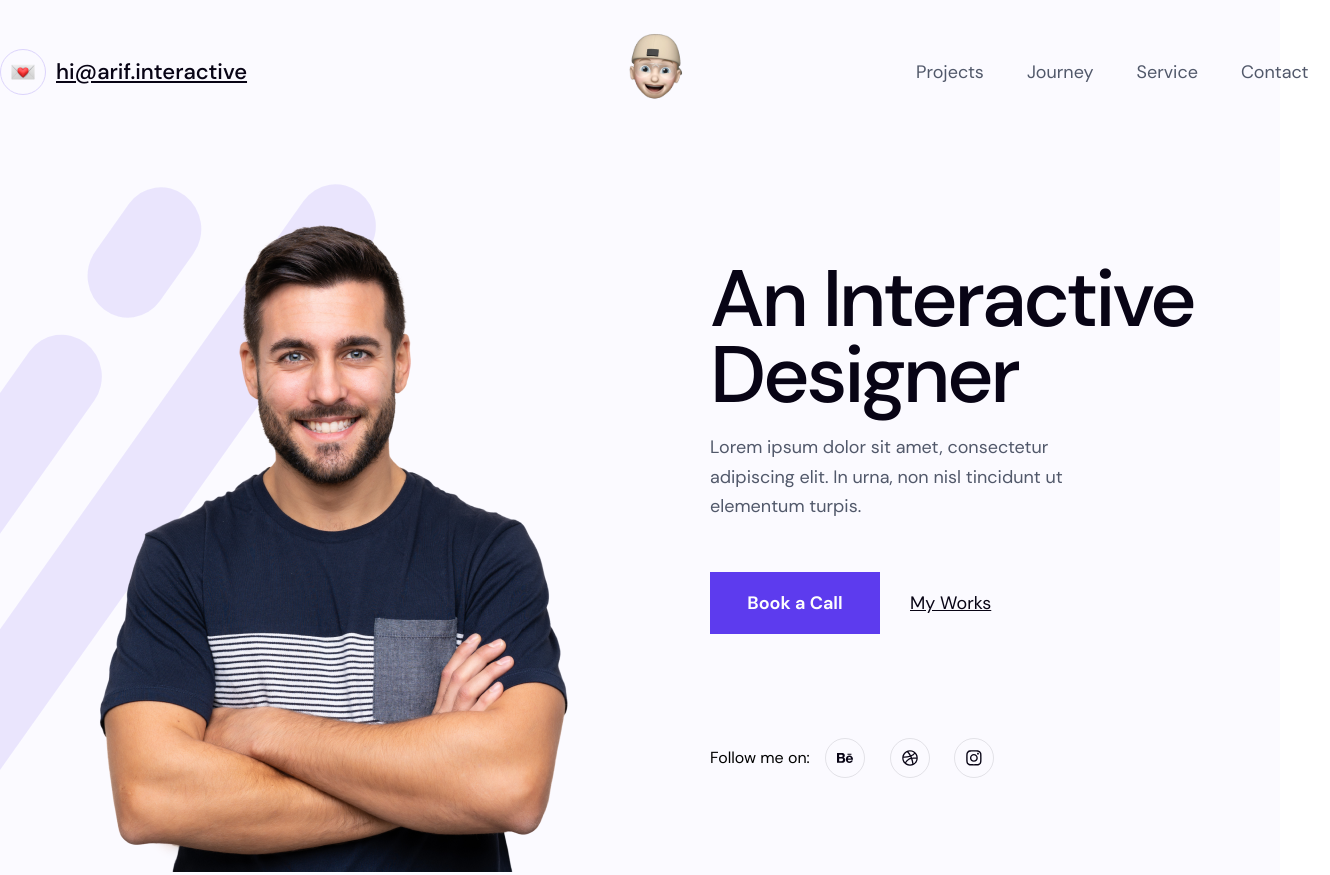
Repository: trantangtuan/project-06-grid-system12column-demo
Page: index.html
The author's editor kept a copy of each file at every save. The page is drawn from the files as they stood at one save, then again after the next save.
The browser window is 1280 px wide. The page is 1330 px wide, so the pictures cover 1330 px, including what lies to the right of the window. The pictures show the whole page.

Above is the page before, as saved 2024-07-13 21:04:47.

### index.html
<!DOCTYPE html>
<html lang="en">
  <head>
    <meta charset="UTF-8" />
    <meta name="viewport" content="width=device-width, initial-scale=1.0" />
    <title>Project - 06 - use grid systerm 12 column</title>
    <!-- reset css -->
    <link rel="stylesheet" href="./assets/css/reset.css" />
    <!-- grid css -->
    <link rel="stylesheet" href="./assets/css/grid.css" />
    <!-- style css -->
    <link rel="stylesheet" href="./assets/css/style.css" />
    <!-- responsive css -->
    <link rel="stylesheet" href="./assets/css/responsive.css" />
    <!-- font DM sans -->
    <link rel="stylesheet" href="./assets/Font/stylesheet.css" />
  </head>
  <body>
    <!-- header -->
    <header class="header">
      <div class="nav">
        <div class="nav__mail">
          <div class="nav__mail-icon">
            <img
              class="nav__mail-img"
              src="./assets/img/mail-icon.png"
              alt="mail icon"
            />
          </div>
          <a
            href="mailto:nguyenvancuong0345723186@gmail.com"
            class="nav__mail-desc"
          >
            hi@arif.interactive
          </a>
        </div>
        <div class="logo">
          <img src="./assets/img/logo-boy.svg" alt="logo" class="logo-img" />
        </div>
        <ul class="navbar">
          <li>
            <a href="#!" class="navbar__item">Projects</a>
          </li>
          <li>
            <a href="#!" class="navbar__item">Journey</a>
          </li>
          <li>
            <a href="#!" class="navbar__item">Service</a>
          </li>
          <li>
            <a href="#!" class="navbar__item">Contact</a>
          </li>
        </ul>
      </div>
    </header>
    <!-- main -->
    <main class="main">
      <!-- hero -->
      <div class="hero">
        <div class="container">
          <div class="hero__left">
            <img
              class="group-rectangle__left"
              src="./assets/img/group-rectangle-left.svg"
              alt=""
            />
            <img
              src="./assets/img/hero-img.png"
              alt="image hero"
              class="hero__img"
            />
          </div>
          <div class="hero__right">
            <h1 class="hero__title">An Interactive Designer</h1>
            <p class="hero__desc">
              Lorem ipsum dolor sit amet, consectetur adipiscing elit. In urna,
              non nisl tincidunt ut elementum turpis.
            </p>
            <div class="hero__cta">
              <a href="#!" class="btn btn__book-call">Book a Call</a>
              <a href="#!" class="btn__my-detail">My Works</a>
            </div>
            <div class="hero__social-network">
              <span class="social-network__desc">Follow me on:</span>
              <div class="social-network__group">
                <a href="#!">
                  <img
                    src="./assets/img/Goggle.svg"
                    alt="goggle"
                    class="social-network__icon"
                  />
                </a>
                <a href="#!">
                  <img
                    src="./assets/img/icon.svg"
                    alt="icon"
                    class="social-network__icon"
                  />
                </a>
                <a href="#!">
                  <img
                    src="./assets/img/Instagram.svg"
                    alt="instagram"
                    class="social-network__icon"
                  />
                </a>
              </div>
            </div>
          </div>
        </div>
      </div>
    </main>
  </body>
</html>

### assets/css/grid.css
.container,
.container-fluid {
  --spacer: 10px;
  --column-size: 12;
  width: 100%;
  margin-left: auto;
  margin-right: auto;
  padding-left: calc(var(--spacer) / 2);
  padding-right: calc(var(--spacer) / 2);
}

.row {
  display: flex;
  flex-wrap: wrap;

  margin: 0px calc(-1 * var(--spacer) / 2);
}

.gutter-0 {
  --spacer: 0;
}

[class*="offset-"] {
  margin-left: calc(100% / var(--column-size) * var(--offset-value));
}

.offset-1 {
  --offset-value: 1;
}

.offset-2 {
  --offset-value: 2;
}

.offset-3 {
  --offset-value: 3;
}

.offset-4 {
  --offset-value: 4;
}

.offset-5 {
  --offset-value: 5;
}

.offset-6 {
  --offset-value: 6;
}

.offset-7 {
  --offset-value: 7;
}

.offset-8 {
  --offset-value: 8;
}

.offset-9 {
  --offset-value: 9;
}

.offset-10 {
  --offset-value: 10;
}

.offset-11 {
  --offset-value: 11;
}

.col,
.row[class*="row-cols-"] > *,
.row > [class*="col-"] {
  padding-left: calc(var(--spacer) / 2);
  padding-right: calc(var(--spacer) / 2);
}

.row[class*="row-cols-"] > *,
.row > [class*="col-"] {
  flex: 0 0 auto;
}

.row[class*="row-cols-"] > * {
  width: calc(100% / var(--row-cols-number));
}

.row-cols-1 > * {
  --row-cols-number: 1;
}

.row-cols-2 > * {
  --row-cols-number: 2;
}

.row-cols-3 > * {
  --row-cols-number: 3;
}

.row-cols-4 > * {
  --row-cols-number: 4;
}

.row-cols-5 > * {
  --row-cols-number: 5;
}

.row-cols-6 > * {
  --row-cols-number: 6;
}

.row > [class*="col-"] {
  width: calc(100% / var(--column-size) * var(--column-number));
}

.col-1 {
  --column-number: 1;
}

.col-2 {
  --column-number: 2;
}

.col-3 {
  --column-number: 3;
}

.col-4 {
  --column-number: 4;
}

.col-5 {
  --column-number: 5;
}

.col-6 {
  --column-number: 6;
}

.col-7 {
  --column-number: 7;
}

.col-8 {
  --column-number: 8;
}

.col-9 {
  --column-number: 9;
}

.col-10 {
  --column-number: 10;
}

.col-11 {
  --column-number: 11;
}

.col-12 {
  --column-number: 12;
}

/* // Small devices (landscape phones, 576px and up) */
@media (min-width: 576px) {
  .container {
    --spacer: 20px;
    width: 540px;
  }

  .gutter-sm-0 {
    --spacer: 0;
  }

  .offset-sm-1 {
    --offset-value: 1;
  }

  .offset-sm-2 {
    --offset-value: 2;
  }

  .offset-sm-3 {
    --offset-value: 3;
  }

  .offset-sm-4 {
    --offset-value: 4;
  }

  .offset-sm-5 {
    --offset-value: 5;
  }

  .offset-sm-6 {
    --offset-value: 6;
  }

  .offset-sm-7 {
    --offset-value: 7;
  }

  .offset-sm-8 {
    --offset-value: 8;
  }

  .offset-sm-9 {
    --offset-value: 9;
  }

  .offset-sm-10 {
    --offset-value: 10;
  }

  .offset-sm-11 {
    --offset-value: 11;
  }

  .col-sm-1 {
    --column-number: 1;
  }

  .col-sm-2 {
    --column-number: 2;
  }

  .col-sm-3 {
    --column-number: 3;
  }

  .col-sm-4 {
    --column-number: 4;
  }

  .col-sm-5 {
    --column-number: 5;
  }

  .col-sm-6 {
    --column-number: 6;
  }

  .col-sm-7 {
    --column-number: 7;
  }

  .col-sm-8 {
    --column-number: 8;
  }

  .col-sm-9 {
    --column-number: 9;
  }

  .col-sm-10 {
    --column-number: 10;
  }

  .col-sm-11 {
    --column-number: 11;
  }

  .col-sm-12 {
    --column-number: 12;
  }

  .row-cols-sm-1 > * {
    --row-cols-number: 1;
  }

  .row-cols-sm-2 > * {
    --row-cols-number: 2;
  }

  .row-cols-sm-3 > * {
    --row-cols-number: 3;
  }

  .row-cols-sm-4 > * {
    --row-cols-number: 4;
  }

  .row-cols-sm-5 > * {
    --row-cols-number: 5;
  }

  .row-cols-sm-6 > * {
    --row-cols-number: 6;
  }
}

/* // Medium devices (tablets, 768px and up) */
@media (min-width: 768px) {
  .container {
    width: 720px;
  }

  .gutter-md-0 {
    --spacer: 0;
  }

  .offset-md-1 {
    --offset-value: 1;
  }

  .offset-md-2 {
    --offset-value: 2;
  }

  .offset-md-3 {
    --offset-value: 3;
  }

  .offset-md-4 {
    --offset-value: 4;
  }

  .offset-md-5 {
    --offset-value: 5;
  }

  .offset-md-6 {
    --offset-value: 6;
  }

  .offset-md-7 {
    --offset-value: 7;
  }

  .offset-md-8 {
    --offset-value: 8;
  }

  .offset-md-9 {
    --offset-value: 9;
  }

  .offset-md-10 {
    --offset-value: 10;
  }

  .offset-md-11 {
    --offset-value: 11;
  }

  .col-md-1 {
    --column-number: 1;
  }

  .col-md-2 {
    --column-number: 2;
  }

  .col-md-3 {
    --column-number: 3;
  }

  .col-md-4 {
    --column-number: 4;
  }

  .col-md-5 {
    --column-number: 5;
  }

  .col-md-6 {
    --column-number: 6;
  }

  .col-md-7 {
    --column-number: 7;
  }

  .col-md-8 {
    --column-number: 8;
  }

  .col-md-9 {
    --column-number: 9;
  }

  .col-md-10 {
    --column-number: 10;
  }

  .col-md-11 {
    --column-number: 11;
  }

  .col-md-12 {
    --column-number: 12;
  }

  .row-cols-md-1 > * {
    --row-cols-number: 1;
  }

  .row-cols-md-2 > * {
    --row-cols-number: 2;
  }

  .row-cols-md-3 > * {
    --row-cols-number: 3;
  }

  .row-cols-md-4 > * {
    --row-cols-number: 4;
  }

  .row-cols-md-5 > * {
    --row-cols-number: 5;
  }

  .row-cols-md-6 > * {
    --row-cols-number: 6;
  }
}

/* // Large devices (desktops, 992px and up) */
@media (min-width: 992px) {
  .container {
    width: 960px;
    --spacer: 30px;
  }

  .gutter-lg-0 {
    --spacer: 0;
  }

  .offset-lg-1 {
    --offset-value: 1;
  }

  .offset-lg-2 {
    --offset-value: 2;
  }

  .offset-lg-3 {
    --offset-value: 3;
  }

  .offset-lg-4 {
    --offset-value: 4;
  }

  .offset-lg-5 {
    --offset-value: 5;
  }

  .offset-lg-6 {
    --offset-value: 6;
  }

  .offset-lg-7 {
    --offset-value: 7;
  }

  .offset-lg-8 {
    --offset-value: 8;
  }

  .offset-lg-9 {
    --offset-value: 9;
  }

  .offset-lg-10 {
    --offset-value: 10;
  }

  .offset-lg-11 {
    --offset-value: 11;
  }

  .col-lg-1 {
    --column-number: 1;
  }

  .col-lg-2 {
    --column-number: 2;
  }

  .col-lg-3 {
    --column-number: 3;
  }

  .col-lg-4 {
    --column-number: 4;
  }

  .col-lg-5 {
    --column-number: 5;
  }

  .col-lg-6 {
    --column-number: 6;
  }

  .col-lg-7 {
    --column-number: 7;
  }

  .col-lg-8 {
    --column-number: 8;
  }

  .col-lg-9 {
    --column-number: 9;
  }

  .col-lg-10 {
    --column-number: 10;
  }

  .col-lg-11 {
    --column-number: 11;
  }

  .col-lg-12 {
    --column-number: 12;
  }

  .row-cols-lg-1 > * {
    --row-cols-number: 1;
  }

  .row-cols-lg-2 > * {
    --row-cols-number: 2;
  }

  .row-cols-lg-3 > * {
    --row-cols-number: 3;
  }

  .row-cols-lg-4 > * {
    --row-cols-number: 4;
  }

  .row-cols-lg-5 > * {
    --row-cols-number: 5;
  }

  .row-cols-lg-6 > * {
    --row-cols-number: 6;
  }
}

/* // X-Large devices (large desktops, 1200px and up) */
@media (min-width: 1200px) {
  .container {
    width: 1170px;
  }

  .gutter-xl-0 {
    --spacer: 0;
  }

  .offset-xl-1 {
    --offset-value: 1;
  }

  .offset-xl-2 {
    --offset-value: 2;
  }

  .offset-xl-3 {
    --offset-value: 3;
  }

  .offset-xl-4 {
    --offset-value: 4;
  }

  .offset-xl-5 {
    --offset-value: 5;
  }

  .offset-xl-6 {
    --offset-value: 6;
  }

  .offset-xl-7 {
    --offset-value: 7;
  }

  .offset-xl-8 {
    --offset-value: 8;
  }

  .offset-xl-9 {
    --offset-value: 9;
  }

  .offset-xl-10 {
    --offset-value: 10;
  }

  .offset-xl-11 {
    --offset-value: 11;
  }

  .col-xl-1 {
    --column-number: 1;
  }

  .col-xl-2 {
    --column-number: 2;
  }

  .col-xl-3 {
    --column-number: 3;
  }

  .col-xl-4 {
    --column-number: 4;
  }

  .col-xl-5 {
    --column-number: 5;
  }

  .col-xl-6 {
    --column-number: 6;
  }

  .col-xl-7 {
    --column-number: 7;
  }

  .col-xl-8 {
    --column-number: 8;
  }

  .col-xl-9 {
    --column-number: 9;
  }

  .col-xl-10 {
    --column-number: 10;
  }

  .col-xl-11 {
    --column-number: 11;
  }

  .col-xl-12 {
    --column-number: 12;
  }

  .row-cols-xl-1 > * {
    --row-cols-number: 1;
  }

  .row-cols-xl-2 > * {
    --row-cols-number: 2;
  }

  .row-cols-xl-3 > * {
    --row-cols-number: 3;
  }

  .row-cols-xl-4 > * {
    --row-cols-number: 4;
  }

  .row-cols-xl-5 > * {
    --row-cols-number: 5;
  }

  .row-cols-xl-6 > * {
    --row-cols-number: 6;
  }
}

### assets/css/style.css
:root {
  --primary-color: #5d3bee;
  --secondary-color: #51586a;
}

*,
::after,
::before {
  box-sizing: border-box;
}

html {
  font-size: 62.5%;
}

body {
  font-size: 1.6rem;
  font-family: "DM Sans", sans-serif;
}

.item {
  /* width: 33.3333%; */
  border: 1px dashed orange;
  flex: 1 0;
}

/* ======================common======================== */

a {
  text-decoration: none;
  color: var(--secondary-color);
  font-size: 1.8rem;
  font-style: normal;
  font-weight: 400;
}

.btn {
  display: inline-block;
  height: 62px;
  min-width: 170px;
  background-color: var(--primary-color);
  padding: 0px 8px;
  color: #fdfdfd;
  font-size: 1.8rem;
  font-style: normal;
  font-weight: 700;
  line-height: 62px;
  text-align: center;
}

/* ==========================header========================= */

.header {
  background-color: #fbfaff;
  padding-top: 20px;
  position: sticky;
  top: -20px;
  z-index: 999;
}

.nav {
  width: 1330px;
  margin: 0px auto;
  display: flex;
  align-items: center;
}

.nav__mail {
  display: flex;
  align-items: center;
  gap: 0 10px;
}

.nav__mail-icon {
  width: 46px;
  height: 46px;
  border-radius: 50%;
  border: 1px solid #dcd4fc;
  display: flex;
  align-items: center;
  justify-content: center;
}

.nav__mail-desc {
  color: #080415;
  font-size: 2.2rem;
  font-style: normal;
  font-weight: 500;
  line-height: 136.364%;
  text-decoration: underline;
}

.logo {
  margin-left: 357px;
}

.logo-img {
  height: 100px;
  width: 100px;
}

.navbar {
  margin-left: auto;
  display: flex;
  align-items: center;
}

.navbar__item {
  padding: 8px 21.5px;
}

/* ========================main================== */
/* hero */

.hero {
  padding-top: 44px;
  background-color: #fbfaff;
}

.hero > .container {
  position: relative;
  display: flex;
  align-items: center;
  z-index: 2;
}

.hero__left {
  position: relative;
}

.group-rectangle__left {
  position: absolute;
  z-index: -1;
  bottom: 0;
  right: 0;
}

.hero__img {
  width: 514px;
}

.hero__right {
  width: 500px;
  margin-left: auto;
}

.hero__title {
  color: #080415;
  font-size: 8rem;
  font-style: normal;
  font-weight: 500;
  line-height: 95%;
  letter-spacing: -3.2px;
}

.hero__desc {
  width: 370px;
  margin-top: 20px;
  color: #51586a;
  font-size: 1.8rem;
  font-style: normal;
  font-weight: 400;
  line-height: 166.667%;
}

.hero__cta {
  margin-top: 50px;
  display: flex;
  align-items: center;
  gap: 30px;
}

.btn__my-detail {
  background-color: transparent;
  color: #080415;
  text-decoration: underline;
}

.hero__social-network {
  margin-top: 104px;
  display: flex;
  /* align-items: center; */
}

.social-network__desc {
  line-height: 40px;
  margin-right: -5px;
}

.social-network__icon {
  width: 40px;
  height: 40px;
  margin-left: 20px;
}

### assets/Font/stylesheet.css
@font-face {
    font-family: 'DM Sans';
    src: url('DMSans-Bold.woff2') format('woff2'),
        url('DMSans-Bold.woff') format('woff');
    font-weight: bold;
    font-style: normal;
    font-display: swap;
}

@font-face {
    font-family: 'DM Sans';
    src: url('DMSans-Italic.woff2') format('woff2'),
        url('DMSans-Italic.woff') format('woff');
    font-weight: normal;
    font-style: italic;
    font-display: swap;
}

@font-face {
    font-family: 'DM Sans';
    src: url('DMSans-BoldItalic.woff2') format('woff2'),
        url('DMSans-BoldItalic.woff') format('woff');
    font-weight: bold;
    font-style: italic;
    font-display: swap;
}

@font-face {
    font-family: 'DM Sans';
    src: url('DMSans-Medium.woff2') format('woff2'),
        url('DMSans-Medium.woff') format('woff');
    font-weight: 500;
    font-style: normal;
    font-display: swap;
}

@font-face {
    font-family: 'DM Sans';
    src: url('DMSans-MediumItalic.woff2') format('woff2'),
        url('DMSans-MediumItalic.woff') format('woff');
    font-weight: 500;
    font-style: italic;
    font-display: swap;
}

@font-face {
    font-family: 'DM Sans';
    src: url('DMSans-Regular.woff2') format('woff2'),
        url('DMSans-Regular.woff') format('woff');
    font-weight: normal;
    font-style: normal;
    font-display: swap;
}

Loaded but not shown: assets/css/reset.css (common file); assets/css/responsive.css (no stored copy; drawn as an empty file)

After the next save:
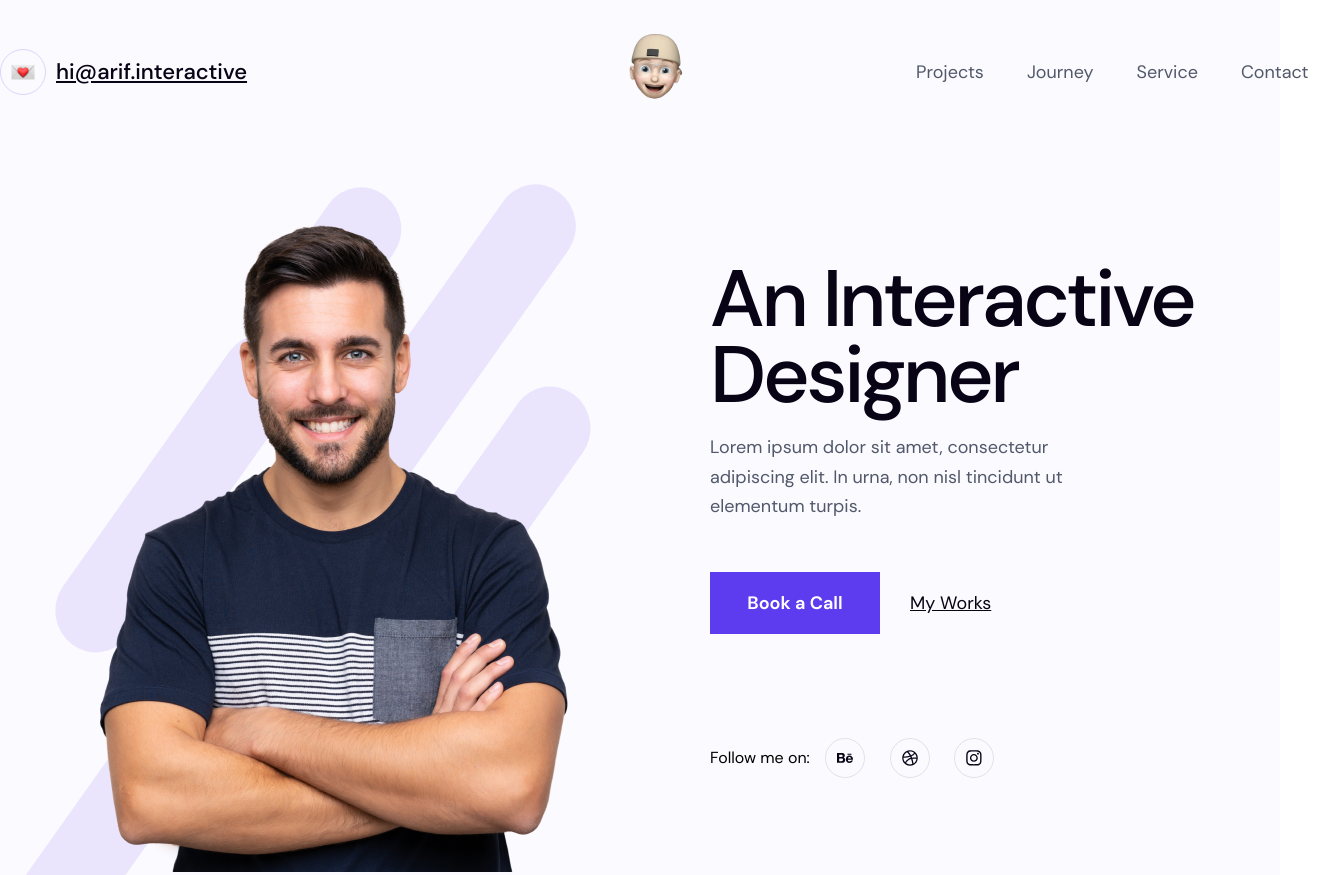
Saved 24 s later.
--- a/assets/css/style.css
+++ b/assets/css/style.css
@@ -132,7 +132,7 @@ a {
   position: absolute;
   z-index: -1;
   bottom: 0;
-  right: 0;
+  right: -200px;
 }
 
 .hero__img {
